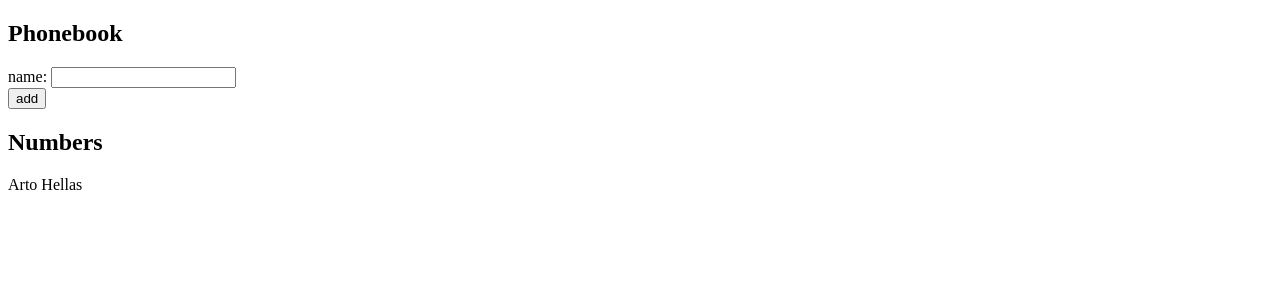
Repository: mariocapitbrok/helsinki-fullstack
Page: / (app in part2/phonebook/)
These files come from the project's save history. The page is drawn as it stood at one moment and after the next save; the edit follows.
The browser window is 1280 px wide. The pictures show the whole page.
The project was rebuilt for these pictures with package versions that can differ from the ones it lists, and the page was loaded fresh each time.

Above is the page before, as saved 2022-01-12 11:37:24.

After the next save:
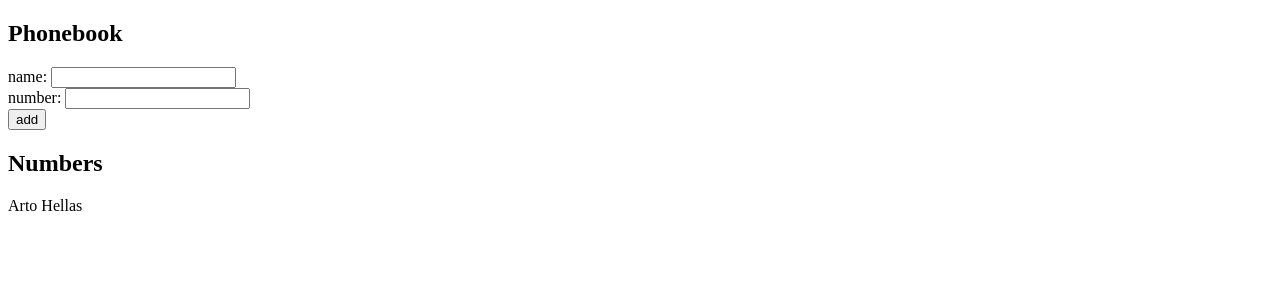
Saved 103 s later.
--- a/part2/phonebook/src/App.js
+++ b/part2/phonebook/src/App.js
@@ -10,11 +10,13 @@ const App = () => {
     },
   ])
   const [newName, setNewName] = useState('')
+  const [newNumber, setNewNumber] = useState('')
 
   const handleSubmit = (e) => {
     e.preventDefault()
     const newPerson = {
       name: newName,
+      number: newNumber,
     }
 
     persons.findIndex((person) => person.name === newPerson.name) === -1
@@ -34,6 +36,9 @@ const App = () => {
           name: <input onChange={handleChange} value={newName} />
         </div>
         <div>
+          number: <input onChange={handleChange} value={newNumber} />
+        </div>
+        <div>
           <button type="submit">add</button>
         </div>
       </form>
